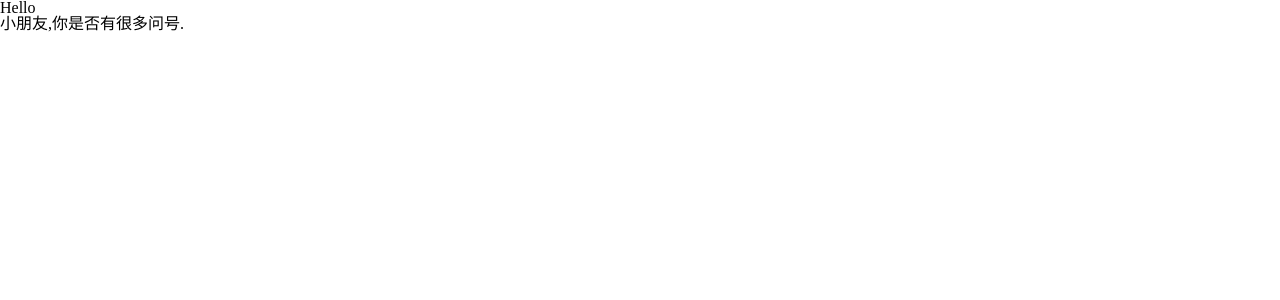
Repository: dongyuna/dongyuna.github.io
Page: index.html
The author's editor kept a copy of each file at every save. The page is drawn from the files as they stood at one save, then again after the next save.
The browser window is 1280 px wide. The pictures show the whole page.

Above is the page before, as saved 2020-04-16 20:16:07.

### index.html
<!DOCTYPE html>
<html>
<head>
<meta charset="utf-8">
<title>index</title>
<link rel="stylesheet" href="./css/all.css">
<link rel="stylesheet" href="./css/base.css">
<link rel="stylesheet" href="./css/reset.css">
<link rel="stylesheet" href="./css/index.css">
</head>

<body>
<h1>Hello</h1>
<p>小朋友,你是否有很多问号.</p>
</body>
</html>

Loaded but not shown: css/all.css (library); css/reset.css (common file); css/base.css (no stored copy; drawn as an empty file); css/index.css (no stored copy; drawn as an empty file)

After the next save:
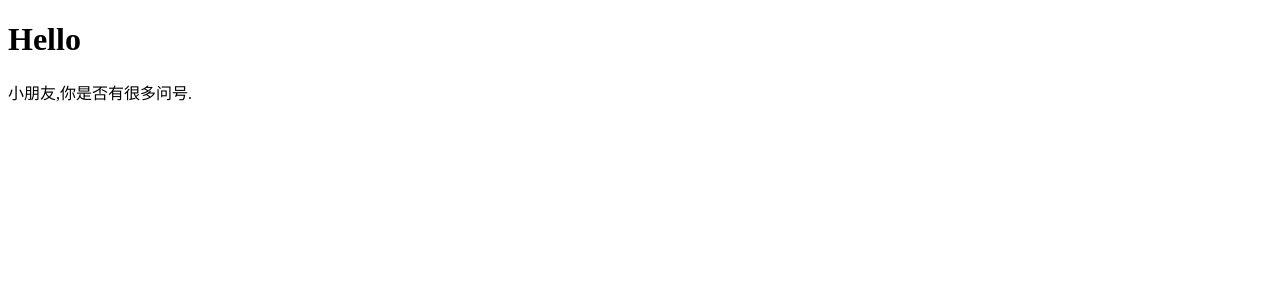
Saved 17 s later.
--- a/index.html
+++ b/index.html
@@ -3,10 +3,7 @@
 <head>
 <meta charset="utf-8">
 <title>index</title>
-<link rel="stylesheet" href="./css/all.css">
-<link rel="stylesheet" href="./css/base.css">
-<link rel="stylesheet" href="./css/reset.css">
-<link rel="stylesheet" href="./css/index.css">
+
 </head>
 
 <body>
